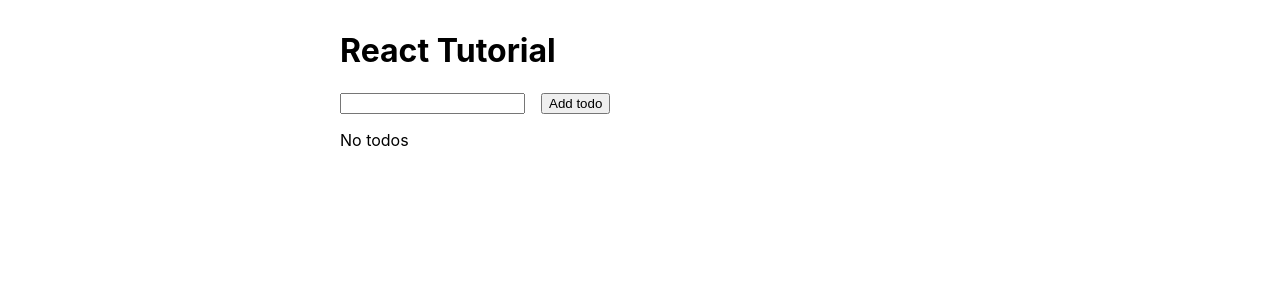
Repository: GregorPiev/rorganizer
Page: /
These files come from the project's save history. The page is drawn as it stood at one moment and after the next save; the edit follows.
The browser window is 1280 px wide. The pictures show the whole page.
The page's requests for data from a server got no answer. The project was rebuilt for these pictures with package versions that can differ from the ones it lists, and the page was loaded fresh each time. No one was signed in, and anything a server would have sent is missing. Also part of the build but not shown: src/Todo/TodoList/TodoList.css, src/Todo/TodoItem/TodoItem.js, src/Todo/TodoList/TodoList.js.

Above is the page before, as saved 2020-08-22 15:59:49.

### src/index.css
body {
	margin: 0;
	font-family: -apple-system, BlinkMacSystemFont, 'Segoe UI', 'Roboto', 'Oxygen',
		'Ubuntu', 'Cantarell', 'Fira Sans', 'Droid Sans', 'Helvetica Neue',
		sans-serif;
	-webkit-font-smoothing: antialiased;
	-moz-osx-font-smoothing: grayscale;
}

code {
	font-family: source-code-pro, Menlo, Monaco, Consolas, 'Courier New',
		monospace;
}
.wrapper {
	padding-top: 5px;
	margin: 5px auto;
	width: 600px;
}

### src/App.js
import React, { useEffect } from 'react'
import TodoList from './Todo/TodoList/TodoList'
import Context from './context';
import AddToDo from './Todo/AddTodo/AddTodo';
import Loader from './Loader/Loader';


function App() {
  const [todos, setTodos] = React.useState([])
  const [loading, setLoading] = React.useState(true);
  useEffect(() => {
    fetch('https://jsonplaceholder.typicode.com/todos?_limit=10')
      .then(response => response.json())
      .then(todos => {
        setTodos(todos)
      })
  }, [])
  function toggleTodo(id) {
    console.log('%cid:' + id, 'color: red;')
    setTodos(
      todos.map((todo) => {
        if (todo.id === id) {
          todo.completed = !todo.completed
        }
        return todo
      }),
    )
  }

  function removeTodo(id) {
    setTodos(todos.filter(todo => todo.id !== id));
  }

  function addTodo(title) {
    setTodos(
      todos.concat([
        {
          title: title,
          completed: false,
          id: Date.now()
        }
      ])
    )
  }

  return (
    <Context.Provider value={{ removeTodo: removeTodo }}>
      <div className="wrapper">
        <h1>React Tutorial</h1>
        <AddToDo onCreate={addTodo} />
        {
          todos.length
            ? <TodoList todos={todos} onToggle={toggleTodo} />
            : <p>No todos</p>
        }

      </div>
    </Context.Provider>
  )
}

export default App

### src/context.js
import React from 'react';

const Context = React.createContext();
export default Context;

### src/Todo/AddTodo/AddTodo.js
import React, { useState } from 'react';
import PropTypes from 'prop-types';
import './AddTodo.css';

function useInputValue(defaultValue = '') {
    const [value, setValue] = useState(defaultValue);

    return {
        bind: {
            value: value,
            onChange: event => setValue(event.target.value)
        },
        clear: () => setValue(''),
        value: () => value

    }
}
function AddToDo({ onCreate }) {
    const input = useInputValue('');

    function handlerSubmit($event) {
        $event.preventDefault();
        if (input.value().trim()) {
            onCreate(input.value());
            input.clear()
        }

    }

    return (
        <form className="add_todo" onSubmit={handlerSubmit}>
            <input {...input.bind} />
            <button type="submit">Add todo</button>
        </form>
    )
}

AddToDo.propTypes = {
    onCreate: PropTypes.func.isRequired
}
export default AddToDo;

### src/Todo/AddTodo/AddTodo.css
.add_todo {
    margin-bottom: 1rem;
}

### src/Todo/TodoItem/TodoItem.css
li {
  display: flex;
  justify-content: space-between;
  align-items: center;
  padding: 0.5rem 1rem;
  border: 1px solid #cccccc;
  border-radius: 4px;
  margin-bottom: 0.5rem;
}
input {
  margin-right: 1rem;
}
.rb {
  background: #f00;
  border-radius: 50%;
  color: #ffffff;
  border: none;
}
.done {
  text-decoration: line-through;
}

### src/Loader/Loader.js
import React from 'react';
import './Loader.css';
export default () => <div className="wrapperLoader"><div className="lds-dual-ring" /></div>

### src/Loader/Loader.css
.lds-dual-ring {
  display: inline-block;
  width: 80px;
  height: 80px;
}
.lds-dual-ring:after {
  content: ' ';
  display: block;
  width: 64px;
  height: 64px;
  margin: 8px;
  border-radius: 50%;
  border: 6px solid #fff;
  border-color: #fff transparent #fff transparent;
  animation: lds-dual-ring 1.2s linear infinite;
}
@keyframes lds-dual-ring {
  0% {
    transform: rotate(0deg);
  }
  100% {
    transform: rotate(360deg);
  }
}
.wrapperLoader {
  display: flex;
  justify-content: center;
  margin: 0.5rem;
}

Loaded but not shown: public/index.html (common file); src/index.js (common file); src/serviceWorker.js (common file)

After the next save:
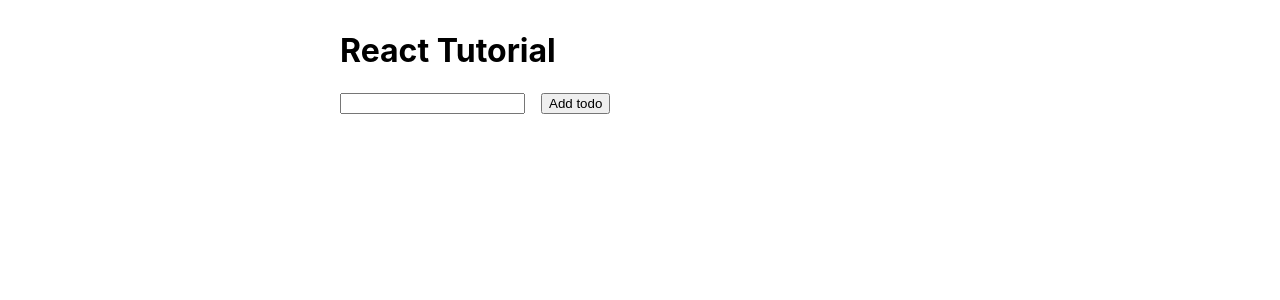
Saved 71 s later.
--- a/src/App.js
+++ b/src/App.js
@@ -48,8 +48,10 @@ function App() {
       <div className="wrapper">
         <h1>React Tutorial</h1>
         <AddToDo onCreate={addTodo} />
-        {
-          todos.length
+
+        {loading
+          ? <Loader />
+          : todos.length
             ? <TodoList todos={todos} onToggle={toggleTodo} />
             : <p>No todos</p>
         }
